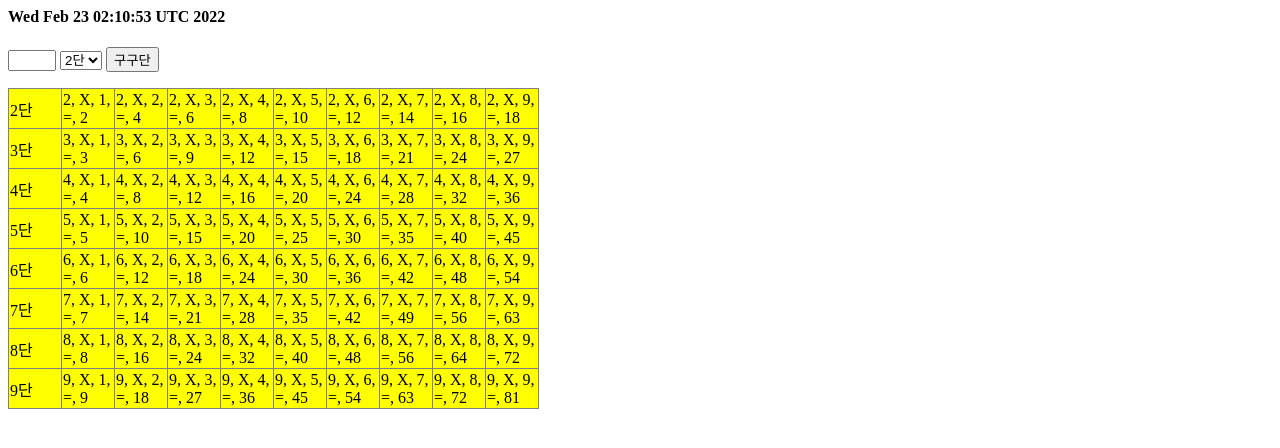
Repository: JavaJin96/kr.or.ddit.WebApp
Page: http://localhost/webStudy01/model2/gugudan.do
These files come from the project's save history. The page is drawn as it stood at one moment and after the next save; the edit follows.
The browser window is 1280 px wide. The pictures show the whole page.
The page is served by Tomcat 9. Other server files are loaded and not shown.

Above is the page before, as saved 2022-02-28 03:20:15.

### 6.JspSpring/workspace/webStudy01/webapp/WEB-INF/views/gugudan.jsp
<%@ page contentType="text/html; charset=utf-8"%>
<html>
<style type="text/css">
      table{
         background-color: yellow;
         border-collapse: collapse;
      }
      tr{
      	height : 40px;
      }
      td{
      	width : 50px;
      }
   </style>
<body>
	<h4><%=request.getAttribute("now")%></h4>
	<form>
		<input type="number" name="minDan" min="2" max="9">
		<select name="maxDan">
		<%
			for(int i = 2; i <= 9; i++){
		%>
			<option value="<%=i%>"><%=i%>단</option>
		<% 	} %>
		</select>
		<input type="submit" value="구구단">
	</form>
	<table border="1">
		<%=request.getAttribute("gugudan")%>
	</table>
</body>
</html>

### 6.JspSpring/workspace/webStudy01/src/kr/or/ddit/servlet03/Model2GugudanServlet.java
package kr.or.ddit.servlet03;

import java.io.IOException;
import java.util.Calendar;

import javax.servlet.ServletException;
import javax.servlet.annotation.WebServlet;
import javax.servlet.http.HttpServlet;
import javax.servlet.http.HttpServletRequest;
import javax.servlet.http.HttpServletResponse;


@WebServlet("/model2/gugudan.do")
public class Model2GugudanServlet extends HttpServlet{

	@Override
	protected void doGet(HttpServletRequest req, HttpServletResponse resp) throws ServletException, IOException {
		Calendar now = Calendar.getInstance();

		resp.setContentType("text/html; charset=utf-8");
		StringBuffer html = new StringBuffer();

		for(int i = 2; i <= 9; i ++) {
			html.append(String.format("<tr><td> %d단 </td>", i));
			for(int j = 1; j <= 9; j ++) {
				html.append(String.format("<td> %d, %s, %d, %s, %d </td> ",
						i,"X",j,"=",i*j));
			}
			html.append("</tr>\n");
		}


		req.setAttribute("now", String.format("%tc", now));
		req.setAttribute("gugudan", html);
		String goPage = "/WEB-INF/views/gugudan.jsp";
		req.getRequestDispatcher(goPage).forward(req, resp);
	}
}

After the next save:
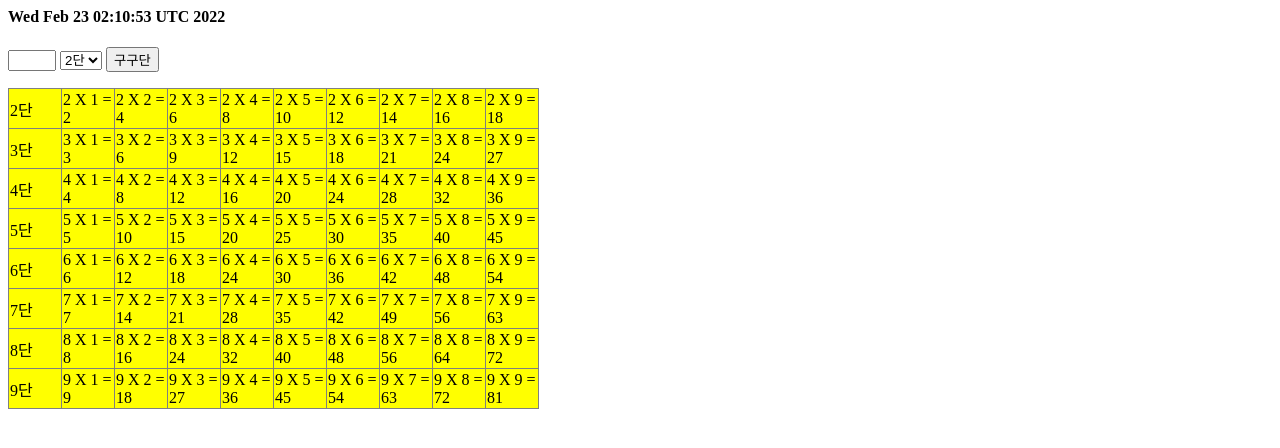
Saved 27 s later.
--- a/6.JspSpring/workspace/webStudy01/src/kr/or/ddit/servlet03/Model2GugudanServlet.java
+++ b/6.JspSpring/workspace/webStudy01/src/kr/or/ddit/servlet03/Model2GugudanServlet.java
@@ -23,7 +23,7 @@ public class Model2GugudanServlet extends HttpServlet{
 		for(int i = 2; i <= 9; i ++) {
 			html.append(String.format("<tr><td> %d단 </td>", i));
 			for(int j = 1; j <= 9; j ++) {
-				html.append(String.format("<td> %d, %s, %d, %s, %d </td> ",
+				html.append(String.format("<td> %d %s %d %s %d </td> ",
 						i,"X",j,"=",i*j));
 			}
 			html.append("</tr>\n");
